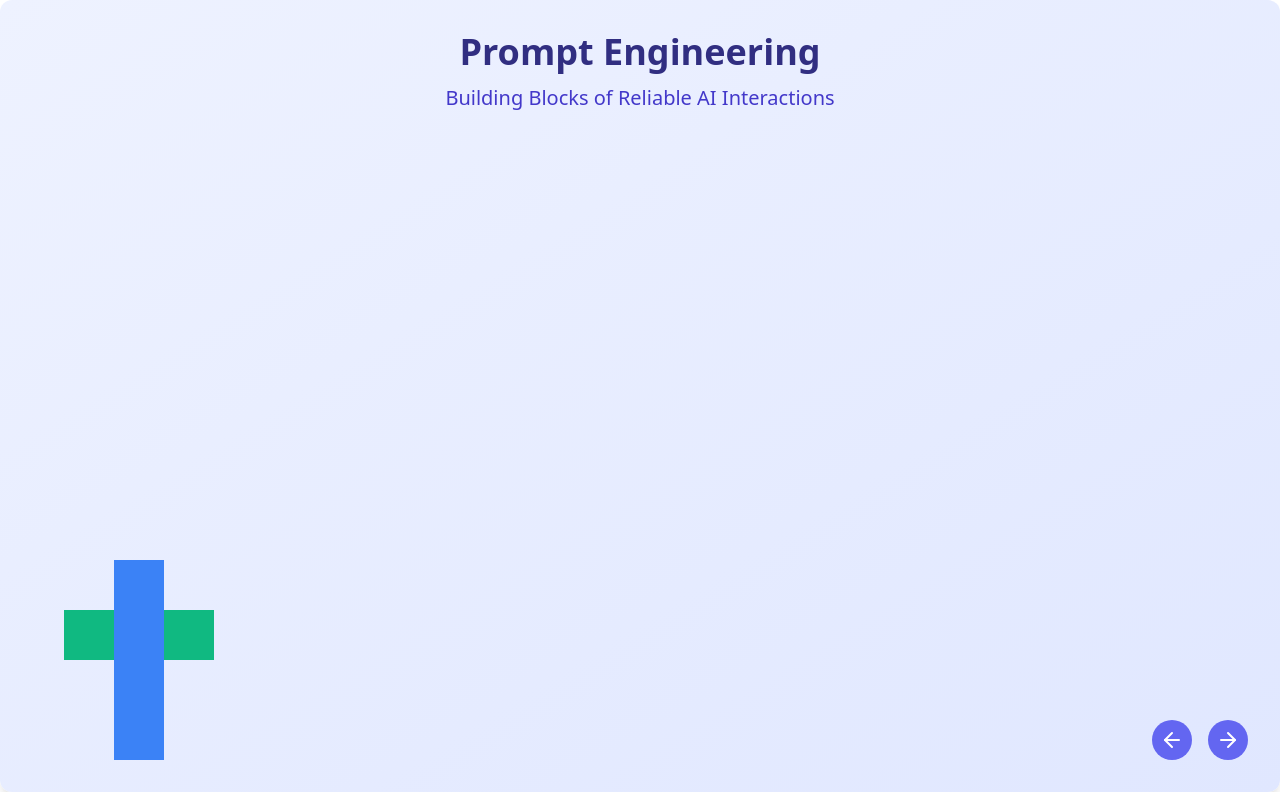
Repository: Galbaz1/dell_presentation
Page: /slide6
These files come from the project's save history. The page is drawn as it stood at one moment and after the next save; the edit follows.
The browser window is 1280 px wide. The pictures show the whole page.
The project was rebuilt for these pictures with package versions that can differ from the ones it lists, and the page was loaded fresh each time. Some packages were replaced by stand-ins written for this rebuild. The framework's server and built-in components were replaced by stand-ins that run in the browser. Also part of the build but not shown: styles/animations/slide1.css, styles/animations/slide2.css.

Above is the page before, as saved 2024-11-11 18:40:54.

### pages/_app.tsx
import '../styles/globals.css'
import '../styles/animations/slide1.css'
import '../styles/animations/slide2.css'
import type { AppProps } from 'next/app'

function MyApp({ Component, pageProps }: AppProps) {
  return <Component {...pageProps} />
}

export default MyApp

### pages/slide6.tsx
import React, { useState, useEffect } from 'react';
import { ArrowRight, ArrowLeft } from 'lucide-react';
import Link from 'next/link';
import { motion } from 'framer-motion';

interface TetrisPiece {
  id: number;
  concept: string;
  color: string;
  shape: JSX.Element;
  pattern: Array<{ x: number; y: number }>;
}

const Slide6: React.FC = () => {
  const [currentPiece, setCurrentPiece] = useState<number>(0);

  const gridSize = 50; // Size of each grid cell

  // Define the shapes using divs to simulate Tetris blocks
  const tetrisShapes: { [key: string]: JSX.Element } = {
    T: (
      <div className="shape">
        <div className="block" style={{ gridColumn: 2, gridRow: 1 }} />
        <div className="block" style={{ gridColumn: 1, gridRow: 2 }} />
        <div className="block" style={{ gridColumn: 2, gridRow: 2 }} />
        <div className="block" style={{ gridColumn: 3, gridRow: 2 }} />
      </div>
    ),
    I: (
      <div className="shape">
        <div className="block" style={{ gridColumn: 1, gridRow: 1 }} />
        <div className="block" style={{ gridColumn: 1, gridRow: 2 }} />
        <div className="block" style={{ gridColumn: 1, gridRow: 3 }} />
        <div className="block" style={{ gridColumn: 1, gridRow: 4 }} />
      </div>
    ),
    L: (
      <div className="shape">
        <div className="block" style={{ gridColumn: 2, gridRow: 1 }} />
        <div className="block" style={{ gridColumn: 2, gridRow: 2 }} />
        <div className="block" style={{ gridColumn: 2, gridRow: 3 }} />
        <div className="block" style={{ gridColumn: 1, gridRow: 3 }} />
      </div>
    ),
    Z: (
      <div className="shape">
        <div className="block" style={{ gridColumn: 1, gridRow: 1 }} />
        <div className="block" style={{ gridColumn: 2, gridRow: 1 }} />
        <div className="block" style={{ gridColumn: 2, gridRow: 2 }} />
        <div className="block" style={{ gridColumn: 3, gridRow: 2 }} />
      </div>
    ),
    O: (
      <div className="shape">
        <div className="block" style={{ gridColumn: 1, gridRow: 1 }} />
        <div className="block" style={{ gridColumn: 2, gridRow: 1 }} />
        <div className="block" style={{ gridColumn: 1, gridRow: 2 }} />
        <div className="block" style={{ gridColumn: 2, gridRow: 2 }} />
      </div>
    ),
    S: (
      <div className="shape">
        <div className="block" style={{ gridColumn: 2, gridRow: 1 }} />
        <div className="block" style={{ gridColumn: 3, gridRow: 1 }} />
        <div className="block" style={{ gridColumn: 1, gridRow: 2 }} />
        <div className="block" style={{ gridColumn: 2, gridRow: 2 }} />
      </div>
    ),
    J: (
      <div className="shape">
        <div className="block" style={{ gridColumn: 1, gridRow: 1 }} />
        <div className="block" style={{ gridColumn: 1, gridRow: 2 }} />
        <div className="block" style={{ gridColumn: 1, gridRow: 3 }} />
        <div className="block" style={{ gridColumn: 2, gridRow: 3 }} />
      </div>
    ),
  };

  // Define the Tetris pieces with movement patterns
  const tetrisPieces: TetrisPiece[] = [
    {
      id: 0,
      concept: 'Tree of Thought',
      color: '#10B981', // Emerald
      shape: tetrisShapes['T'],
      pattern: [
        { x: 3, y: -4 },
        { x: 3, y: 0 },
        { x: 0, y: 8 }, // Final position at bottom row
      ],
    },
    {
      id: 1,
      concept: 'Chain of Thought',
      color: '#3B82F6', // Blue
      shape: tetrisShapes['I'],
      pattern: [
        { x: 4, y: -4 },
        { x: 4, y: 0 },
        { x: 1, y: 8 },
      ],
    },
    {
      id: 2,
      concept: 'Specialized LLMs',
      color: '#F59E0B', // Amber
      shape: tetrisShapes['L'],
      pattern: [
        { x: 5, y: -4 },
        { x: 5, y: 0 },
        { x: 2, y: 8 },
      ],
    },
    {
      id: 3,
      concept: 'Multiple Candidates',
      color: '#8B5CF6', // Purple
      shape: tetrisShapes['Z'],
      pattern: [
        { x: 2, y: -4 },
        { x: 2, y: 0 },
        { x: 3, y: 8 },
      ],
    },
    {
      id: 4,
      concept: 'Evaluation Metrics',
      color: '#EF4444', // Red
      shape: tetrisShapes['O'],
      pattern: [
        { x: 6, y: -4 },
        { x: 6, y: 0 },
        { x: 4, y: 8 },
      ],
    },
    {
      id: 5,
      concept: 'Self-Calibration',
      color: '#14B8A6', // Teal
      shape: tetrisShapes['S'],
      pattern: [
        { x: 1, y: -4 },
        { x: 1, y: 0 },
        { x: 5, y: 8 },
      ],
    },
    {
      id: 6,
      concept: 'Prompt Optimization',
      color: '#EC4899', // Pink
      shape: tetrisShapes['J'],
      pattern: [
        { x: 7, y: -4 },
        { x: 7, y: 0 },
        { x: 6, y: 8 },
      ],
    },
  ];

  useEffect(() => {
    if (currentPiece < tetrisPieces.length) {
      const timer = setTimeout(() => {
        setCurrentPiece(currentPiece + 1);
      }, 3500); // Time before the next piece starts moving
      return () => clearTimeout(timer);
    }
  }, [currentPiece]);

  const renderPiece = (piece: TetrisPiece) => {
    const positions = piece.pattern.map((pos) => ({
      x: pos.x * gridSize,
      y: pos.y * gridSize,
    }));

    return (
      <motion.div
        key={piece.id}
        className="absolute"
        initial={{ x: positions[0].x, y: positions[0].y }}
        animate={{ x: positions.map((p) => p.x), y: positions.map((p) => p.y) }}
        transition={{
          duration: positions.length * 0.5,
          times: positions.map((_, i) => i / (positions.length - 1)),
          ease: 'linear',
        }}
      >
        <div
          style={{
            position: 'relative',
            width: gridSize * 4,
            height: gridSize * 4,
            color: piece.color,
          }}
        >
          {piece.shape}
        </div>
      </motion.div>
    );
  };

  return (
    <div className="bg-gradient-to-br from-indigo-50 to-indigo-100 p-8 rounded-xl shadow-lg min-h-screen overflow-hidden relative">
      {/* Header */}
      <motion.div
        className="mb-12 text-center"
        initial={{ y: -20, opacity: 0 }}
        animate={{ y: 0, opacity: 1 }}
        transition={{ duration: 0.8 }}
      >
        <h1 className="text-4xl font-bold text-indigo-900 mb-3">Prompt Engineering</h1>
        <p className="text-xl text-indigo-700">Building Blocks of Reliable AI Interactions</p>
      </motion.div>

      {/* Tetris Game Area */}
      <div className="max-w-6xl mx-auto h-[600px] relative overflow-hidden">
        {tetrisPieces.slice(0, currentPiece + 1).map((piece) => renderPiece(piece))}
      </div>

      {/* Navigation */}
      <div className="absolute bottom-8 right-8 flex items-center space-x-4">
        <Link href="/slide5" className="bg-indigo-500 hover:bg-indigo-600 text-white p-2 rounded-full transition-colors">
          <ArrowLeft className="w-6 h-6" />
        </Link>
        <Link href="/slide7" className="bg-indigo-500 hover:bg-indigo-600 text-white p-2 rounded-full transition-colors">
          <ArrowRight className="w-6 h-6" />
        </Link>
      </div>

      {/* Styles */}
      <style jsx>{`
        .shape {
          display: grid;
          grid-template-columns: repeat(4, ${gridSize}px);
          grid-template-rows: repeat(4, ${gridSize}px);
          position: relative;
        }
        .block {
          width: ${gridSize}px;
          height: ${gridSize}px;
          background-color: currentColor;
        }
      `}</style>
    </div>
  );
};

export default Slide6;

### styles/globals.css
@tailwind base;
@tailwind components;
@tailwind utilities;

@keyframes fallAndBounce {
  0% {
    transform: translateY(-100%) translateX(-50%);
  }
  70% {
    transform: translateY(140%) translateX(-50%);
  }
  75% {
    transform: translateY(130%) translateX(-50%);
  }
  80% {
    transform: translateY(135%) translateX(-50%);
  }
  85% {
    transform: translateY(128%) translateX(-50%);
  }
  90% {
    transform: translateY(132%) translateX(-50%);
  }
  100% {
    transform: translateY(0%) translateX(-50%);
  }
}

@keyframes developerFall {
  0%, 69% {
    transform: translateX(-50%) rotate(0deg);
  }
  100% {
    transform: translateX(100%) rotate(90deg);
  }
}

@keyframes pulsate {
  0% {
    transform: translateY(0%) translateX(-50%) scale(1);
  }
  8% {
    transform: translateY(0%) translateX(-50%) scale(1.15);
  }
  10% {
    transform: translateY(0%) translateX(-50%) scale(1.1);
  }
  18% {
    transform: translateY(0%) translateX(-50%) scale(1.35);
  }
  20% {
    transform: translateY(0%) translateX(-50%) scale(1.3);
  }
  28% {
    transform: translateY(0%) translateX(-50%) scale(1.55);
  }
  30% {
    transform: translateY(0%) translateX(-50%) scale(1.5);
  }
  38% {
    transform: translateY(0%) translateX(-50%) scale(1.75);
  }
  40% {
    transform: translateY(0%) translateX(-50%) scale(1.7);
  }
  48% {
    transform: translateY(0%) translateX(-50%) scale(1.95);
  }
  50% {
    transform: translateY(0%) translateX(-50%) scale(1.9);
  }
  100% {
    transform: translateY(0%) translateX(-50%) scale(2);
  }
}

@keyframes explodePiece {
  0% {
    transform: translate(0, 0) rotate(0);
    opacity: 1;
  }
  100% {
    transform: translate(var(--tx), 1000px) rotate(var(--tr));
    opacity: 0;
  }
}

.animate-fall-bounce {
  animation:
    fallAndBounce 3s cubic-bezier(0.4, 0, 0.2, 1) forwards,
    pulsate 8s cubic-bezier(0.4, 0, 0.2, 1) 5s forwards;
}

.animate-developer-fall {
  animation: developerFall 1.2s cubic-bezier(0.4, 0, 0.2, 1) forwards;
  animation-delay: 2.1s;
}

.explosion-piece {
  position: absolute;
  animation: explodePiece 2s cubic-bezier(0.4, 0, 0.2, 1) forwards;
  animation-delay: 16s; /* 5s wait + 8s growth + 3s wait */
}

### tailwind.config.js
/** @type {import('tailwindcss').Config} */
module.exports = {
  content: [
    "./pages/**/*.{js,ts,jsx,tsx}",
    "./components/**/*.{js,ts,jsx,tsx}",
    "./styles/**/*.css",
  ],
  theme: {
    extend: {},
  },
  plugins: [],
}

After the next save:
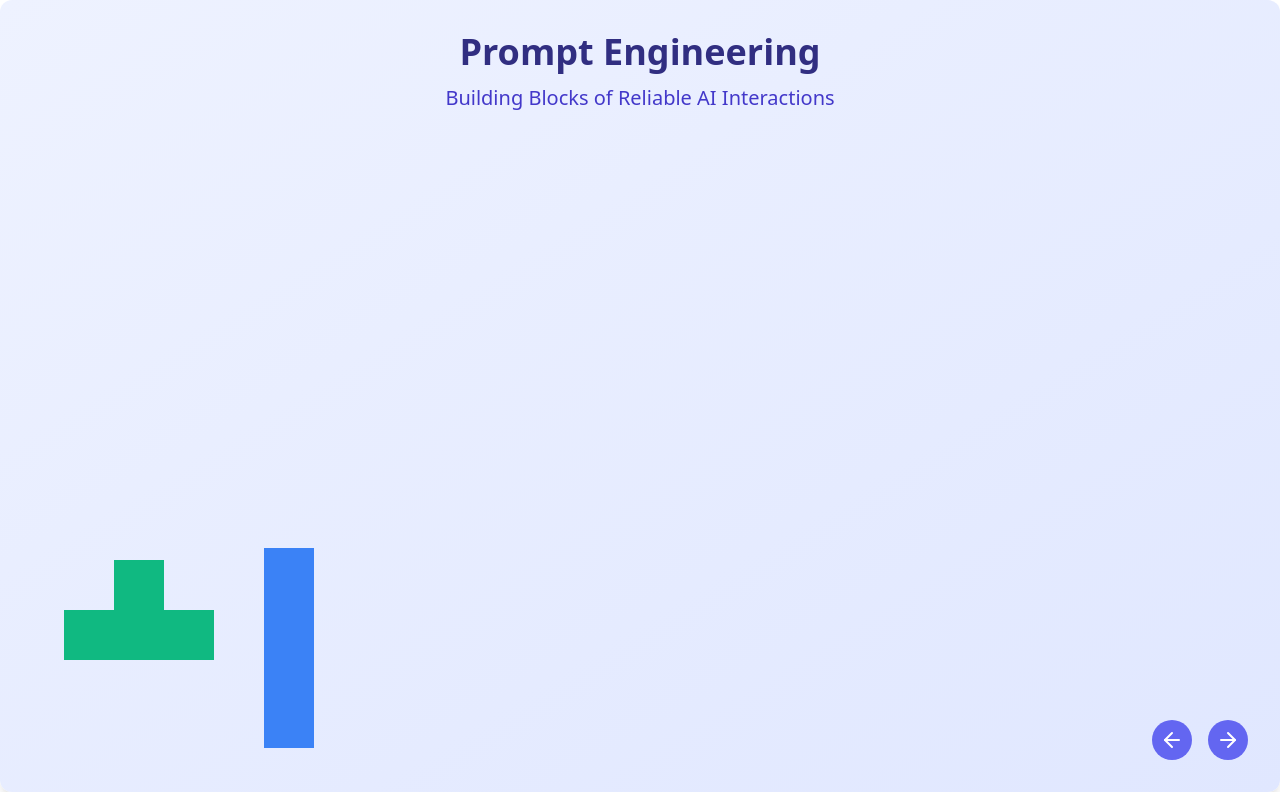
Saved 73 min 18 s later.
--- a/pages/slide6.tsx
+++ b/pages/slide6.tsx
@@ -19,7 +19,7 @@
   // Define the shapes using divs to simulate Tetris blocks
   const tetrisShapes: { [key: string]: JSX.Element } = {
     T: (
-      <div className="shape">
+      <div className="shape" style={{ color: 'currentColor' }}>
         <div className="block" style={{ gridColumn: 2, gridRow: 1 }} />
         <div className="block" style={{ gridColumn: 1, gridRow: 2 }} />
         <div className="block" style={{ gridColumn: 2, gridRow: 2 }} />
@@ -27,7 +27,7 @@
       </div>
     ),
     I: (
-      <div className="shape">
+      <div className="shape" style={{ color: 'currentColor' }}>
         <div className="block" style={{ gridColumn: 1, gridRow: 1 }} />
         <div className="block" style={{ gridColumn: 1, gridRow: 2 }} />
         <div className="block" style={{ gridColumn: 1, gridRow: 3 }} />
@@ -35,7 +35,7 @@
       </div>
     ),
     L: (
-      <div className="shape">
+      <div className="shape" style={{ color: 'currentColor' }}>
         <div className="block" style={{ gridColumn: 2, gridRow: 1 }} />
         <div className="block" style={{ gridColumn: 2, gridRow: 2 }} />
         <div className="block" style={{ gridColumn: 2, gridRow: 3 }} />
@@ -43,7 +43,7 @@
       </div>
     ),
     Z: (
-      <div className="shape">
+      <div className="shape" style={{ color: 'currentColor' }}>
         <div className="block" style={{ gridColumn: 1, gridRow: 1 }} />
         <div className="block" style={{ gridColumn: 2, gridRow: 1 }} />
         <div className="block" style={{ gridColumn: 2, gridRow: 2 }} />
@@ -51,7 +51,7 @@
       </div>
     ),
     O: (
-      <div className="shape">
+      <div className="shape" style={{ color: 'currentColor' }}>
         <div className="block" style={{ gridColumn: 1, gridRow: 1 }} />
         <div className="block" style={{ gridColumn: 2, gridRow: 1 }} />
         <div className="block" style={{ gridColumn: 1, gridRow: 2 }} />
@@ -59,7 +59,7 @@
       </div>
     ),
     S: (
-      <div className="shape">
+      <div className="shape" style={{ color: 'currentColor' }}>
         <div className="block" style={{ gridColumn: 2, gridRow: 1 }} />
         <div className="block" style={{ gridColumn: 3, gridRow: 1 }} />
         <div className="block" style={{ gridColumn: 1, gridRow: 2 }} />
@@ -67,7 +67,7 @@
       </div>
     ),
     J: (
-      <div className="shape">
+      <div className="shape" style={{ color: 'currentColor' }}>
         <div className="block" style={{ gridColumn: 1, gridRow: 1 }} />
         <div className="block" style={{ gridColumn: 1, gridRow: 2 }} />
         <div className="block" style={{ gridColumn: 1, gridRow: 3 }} />
@@ -84,8 +84,9 @@
       color: '#10B981', // Emerald
       shape: tetrisShapes['T'],
       pattern: [
-        { x: 3, y: -4 },
+        { x: 3, y: -1 },
         { x: 3, y: 0 },
+        { x: 3, y: 1 },
         { x: 0, y: 8 }, // Final position at bottom row
       ],
     },
@@ -95,9 +96,10 @@
       color: '#3B82F6', // Blue
       shape: tetrisShapes['I'],
       pattern: [
-        { x: 4, y: -4 },
+        { x: 4, y: -2 },
+        { x: 4, y: -1 },
         { x: 4, y: 0 },
-        { x: 1, y: 8 },
+        { x: 4, y: 8 },
       ],
     },
     {
@@ -106,9 +108,10 @@
       color: '#F59E0B', // Amber
       shape: tetrisShapes['L'],
       pattern: [
-        { x: 5, y: -4 },
+        { x: 5, y: -1 },
         { x: 5, y: 0 },
-        { x: 2, y: 8 },
+        { x: 5, y: 1 },
+        { x: 0, y: 8 },
       ],
     },
     {
@@ -117,9 +120,10 @@
       color: '#8B5CF6', // Purple
       shape: tetrisShapes['Z'],
       pattern: [
-        { x: 2, y: -4 },
+        { x: 2, y: -1 },
         { x: 2, y: 0 },
-        { x: 3, y: 8 },
+        { x: 2, y: 1 },
+        { x: 0, y: 8 },
       ],
     },
     {
@@ -128,9 +132,10 @@
       color: '#EF4444', // Red
       shape: tetrisShapes['O'],
       pattern: [
-        { x: 6, y: -4 },
+        { x: 6, y: -1 },
         { x: 6, y: 0 },
-        { x: 4, y: 8 },
+        { x: 6, y: 1 },
+        { x: 0, y: 8 },
       ],
     },
     {
@@ -139,9 +144,10 @@
       color: '#14B8A6', // Teal
       shape: tetrisShapes['S'],
       pattern: [
-        { x: 1, y: -4 },
+        { x: 1, y: -1 },
         { x: 1, y: 0 },
-        { x: 5, y: 8 },
+        { x: 1, y: 1 },
+        { x: 0, y: 8 },
       ],
     },
     {
@@ -150,9 +156,10 @@
       color: '#EC4899', // Pink
       shape: tetrisShapes['J'],
       pattern: [
-        { x: 7, y: -4 },
+        { x: 7, y: -1 },
         { x: 7, y: 0 },
-        { x: 6, y: 8 },
+        { x: 7, y: 1 },
+        { x: 0, y: 8 },
       ],
     },
   ];

After the save that followed:
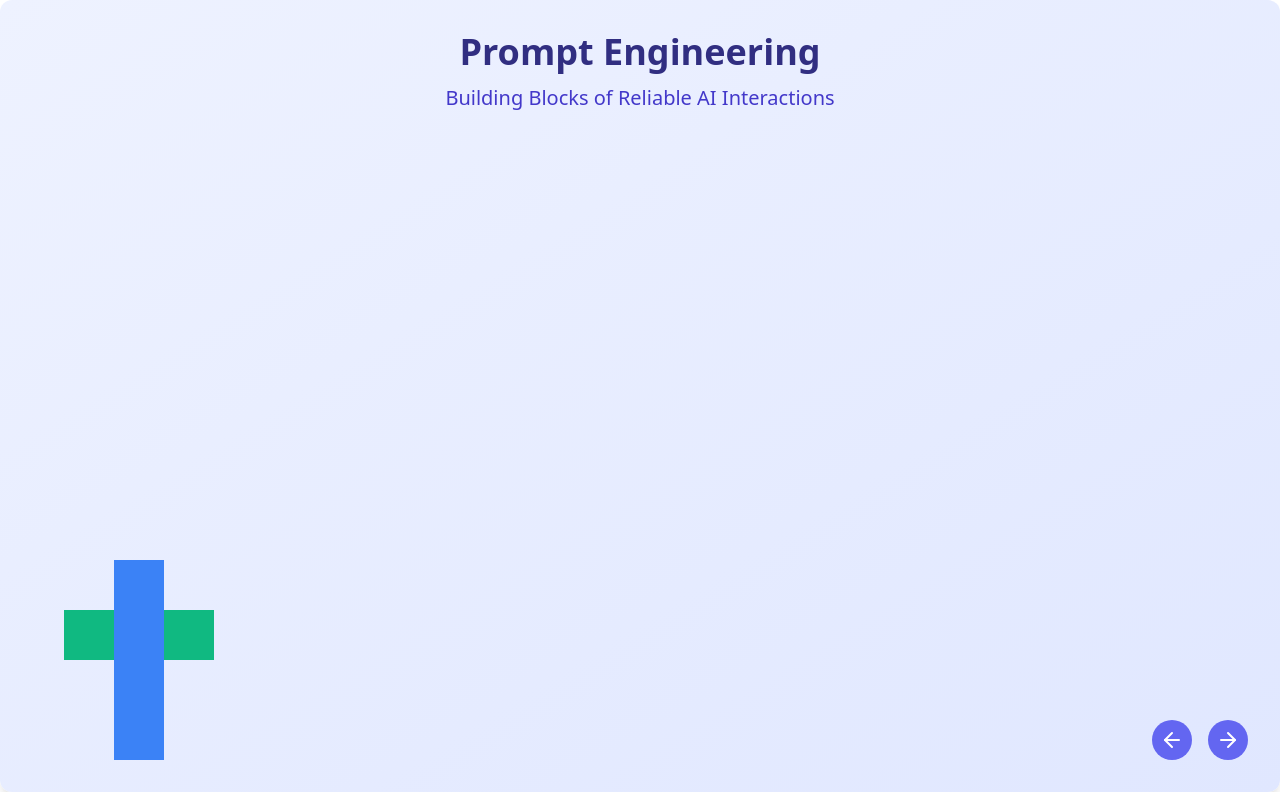
Saved 8 s later.
--- a/pages/slide6.tsx
+++ b/pages/slide6.tsx
@@ -19,7 +19,7 @@
   // Define the shapes using divs to simulate Tetris blocks
   const tetrisShapes: { [key: string]: JSX.Element } = {
     T: (
-      <div className="shape" style={{ color: 'currentColor' }}>
+      <div className="shape">
         <div className="block" style={{ gridColumn: 2, gridRow: 1 }} />
         <div className="block" style={{ gridColumn: 1, gridRow: 2 }} />
         <div className="block" style={{ gridColumn: 2, gridRow: 2 }} />
@@ -27,7 +27,7 @@
       </div>
     ),
     I: (
-      <div className="shape" style={{ color: 'currentColor' }}>
+      <div className="shape">
         <div className="block" style={{ gridColumn: 1, gridRow: 1 }} />
         <div className="block" style={{ gridColumn: 1, gridRow: 2 }} />
         <div className="block" style={{ gridColumn: 1, gridRow: 3 }} />
@@ -35,7 +35,7 @@
       </div>
     ),
     L: (
-      <div className="shape" style={{ color: 'currentColor' }}>
+      <div className="shape">
         <div className="block" style={{ gridColumn: 2, gridRow: 1 }} />
         <div className="block" style={{ gridColumn: 2, gridRow: 2 }} />
         <div className="block" style={{ gridColumn: 2, gridRow: 3 }} />
@@ -43,7 +43,7 @@
       </div>
     ),
     Z: (
-      <div className="shape" style={{ color: 'currentColor' }}>
+      <div className="shape">
         <div className="block" style={{ gridColumn: 1, gridRow: 1 }} />
         <div className="block" style={{ gridColumn: 2, gridRow: 1 }} />
         <div className="block" style={{ gridColumn: 2, gridRow: 2 }} />
@@ -51,7 +51,7 @@
       </div>
     ),
     O: (
-      <div className="shape" style={{ color: 'currentColor' }}>
+      <div className="shape">
         <div className="block" style={{ gridColumn: 1, gridRow: 1 }} />
         <div className="block" style={{ gridColumn: 2, gridRow: 1 }} />
         <div className="block" style={{ gridColumn: 1, gridRow: 2 }} />
@@ -59,7 +59,7 @@
       </div>
     ),
     S: (
-      <div className="shape" style={{ color: 'currentColor' }}>
+      <div className="shape">
         <div className="block" style={{ gridColumn: 2, gridRow: 1 }} />
         <div className="block" style={{ gridColumn: 3, gridRow: 1 }} />
         <div className="block" style={{ gridColumn: 1, gridRow: 2 }} />
@@ -67,7 +67,7 @@
       </div>
     ),
     J: (
-      <div className="shape" style={{ color: 'currentColor' }}>
+      <div className="shape">
         <div className="block" style={{ gridColumn: 1, gridRow: 1 }} />
         <div className="block" style={{ gridColumn: 1, gridRow: 2 }} />
         <div className="block" style={{ gridColumn: 1, gridRow: 3 }} />
@@ -84,9 +84,8 @@
       color: '#10B981', // Emerald
       shape: tetrisShapes['T'],
       pattern: [
-        { x: 3, y: -1 },
+        { x: 3, y: -4 },
         { x: 3, y: 0 },
-        { x: 3, y: 1 },
         { x: 0, y: 8 }, // Final position at bottom row
       ],
     },
@@ -96,10 +95,9 @@
       color: '#3B82F6', // Blue
       shape: tetrisShapes['I'],
       pattern: [
-        { x: 4, y: -2 },
-        { x: 4, y: -1 },
+        { x: 4, y: -4 },
         { x: 4, y: 0 },
-        { x: 4, y: 8 },
+        { x: 1, y: 8 },
       ],
     },
     {
@@ -108,10 +106,9 @@
       color: '#F59E0B', // Amber
       shape: tetrisShapes['L'],
       pattern: [
-        { x: 5, y: -1 },
+        { x: 5, y: -4 },
         { x: 5, y: 0 },
-        { x: 5, y: 1 },
-        { x: 0, y: 8 },
+        { x: 2, y: 8 },
       ],
     },
     {
@@ -120,10 +117,9 @@
       color: '#8B5CF6', // Purple
       shape: tetrisShapes['Z'],
       pattern: [
-        { x: 2, y: -1 },
+        { x: 2, y: -4 },
         { x: 2, y: 0 },
-        { x: 2, y: 1 },
-        { x: 0, y: 8 },
+        { x: 3, y: 8 },
       ],
     },
     {
@@ -132,10 +128,9 @@
       color: '#EF4444', // Red
       shape: tetrisShapes['O'],
       pattern: [
-        { x: 6, y: -1 },
+        { x: 6, y: -4 },
         { x: 6, y: 0 },
-        { x: 6, y: 1 },
-        { x: 0, y: 8 },
+        { x: 4, y: 8 },
       ],
     },
     {
@@ -144,10 +139,9 @@
       color: '#14B8A6', // Teal
       shape: tetrisShapes['S'],
       pattern: [
-        { x: 1, y: -1 },
+        { x: 1, y: -4 },
         { x: 1, y: 0 },
-        { x: 1, y: 1 },
-        { x: 0, y: 8 },
+        { x: 5, y: 8 },
       ],
     },
     {
@@ -156,10 +150,9 @@
       color: '#EC4899', // Pink
       shape: tetrisShapes['J'],
       pattern: [
-        { x: 7, y: -1 },
+        { x: 7, y: -4 },
         { x: 7, y: 0 },
-        { x: 7, y: 1 },
-        { x: 0, y: 8 },
+        { x: 6, y: 8 },
       ],
     },
   ];
